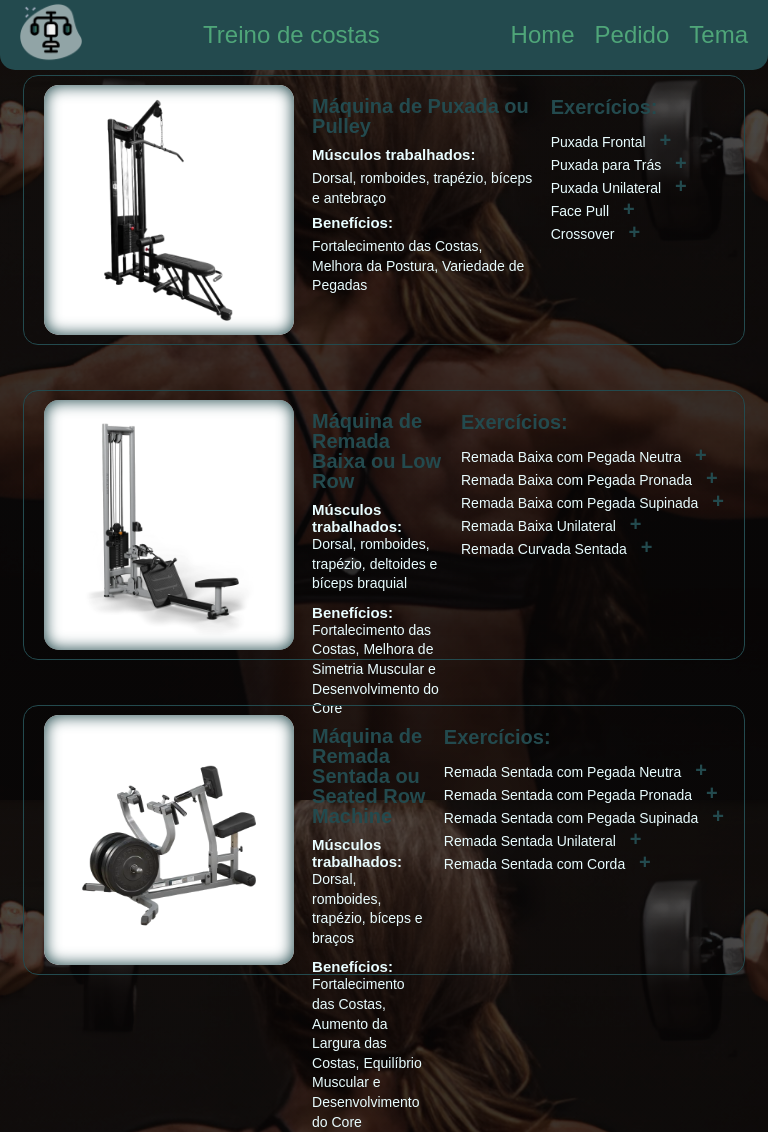
Repository: Marinalr-25/Projeto-Aparelhos-de-Academia
Page: costas.html
An editor plug-in stored every save of this project. The page is shown before and after the next save, followed by the edit.
The browser window is 768 px wide. The pictures show the whole page.
Backgrounds fixed to the window are drawn as part of the page.

Above is the page before, as saved 2025-01-06 17:43:06.
Console error: TypeError: Cannot read properties of null (reading 'addEventListener')

### costas.html
<!DOCTYPE html>
<html lang="pt">
  <head>
    <meta charset="UTF-8" />
    <meta name="viewport" content="width=device-width, initial-scale=1.0" />
    <link rel="stylesheet" href="css/style.css" />
    <link rel="stylesheet" href="css/temas.css" />
    <link
      rel="stylesheet"
      href="css/media-990.css"
      media="(max-width: 990px)"
    />
    <link
      rel="stylesheet"
      href="css/media-767.css"
      media="(max-width: 767px)"
    />

    <link
      rel="stylesheet"
      href="css/media-660.css"
      media="(max-width: 660px)"
    />
    <link
      rel="stylesheet"
      href="css/media-580.css"
      media="(max-width: 580px)"
    />

    <title>costas</title>
  </head>
  <body class="body costas">
    <header class="header sobe">
      <a href="telaPrincipal.html">
        <img class="logo" src="imagens/logoverde.png" alt="logo" />
      </a>
      <p>Treino de costas</p>
      <nav>
        <ul>
          <li class="lista-cabecalho" class="homeCostas">
            <a href="telaPrincipal.html">Home</a>
          </li>
          <li class="lista-cabecalho" id="pedido">
            <a href="pedido.html">Pedido</a>
          </li>
          <li class="lista-cabecalho" id="tema"><a href="#">Tema</a></li>
        </ul>
      </nav>
      <div class="nav-icones">
        <svg
          xmlns="http://www.w3.org/2000/svg"
          class="nav-icone--menu"
          viewBox="0 0 512 512"
        >
          <path
            fill="none"
            stroke="currentColor"
            stroke-linecap="round"
            stroke-miterlimit="10"
            stroke-width="32"
            d="M80 160h352M80 256h352M80 352h352"
          ></path>
        </svg>

        <svg
          xmlns="http://www.w3.org/2000/svg"
          class="nav-icone--fechar"
          viewBox="0 0 512 512"
        >
          <path
            fill="none"
            stroke="currentColor"
            stroke-linecap="round"
            stroke-linejoin="round"
            stroke-width="32"
            d="M368 368L144 144M368 144L144 368"
          ></path>
        </svg>
      </div>
    </header>
    <main class="mainBody move-bottom">
      <section>
        <div class="container">
          <div class="maquinas">
            <img
              class="img-maquinas"
              src="aparelhos/maquina-pulley.png"
              alt="maquina-pulley"
            />
            <div class="informacoes">
              <div>
                <h2 class="title">Máquina de Puxada ou Pulley</h2>
              </div>
              <div class="separar">
                <div class="infos">
                  <h3 class="h3">Músculos trabalhados:</h3>
                  <p class="info">
                    Dorsal, romboides, trapézio, bíceps e antebraço
                  </p>
                </div>
                <div class="infos">
                  <h3 class="h3">Benefícios:</h3>
                  <p class="info">
                    Fortalecimento das Costas, Melhora da Postura, Variedade de
                    Pegadas
                  </p>
                </div>
              </div>
            </div>
            <div class="exercicios">
              <h3 class="title">Exercícios:</h3>
              <ul>
                <li>
                  Puxada Frontal
                  <span class="mais">+</span>
                  <div class="tooltip">
                    Sente-se na máquina, segure a barra com as mãos afastadas na
                    largura dos ombros (pegada pronada ou neutra) e puxe a barra
                    em direção ao peito, mantendo os cotovelos para baixo e para
                    trás.
                  </div>
                </li>
                <li>
                  Puxada para Trás
                  <span class="mais">+</span>
                  <div class="tooltip">
                    Sente-se na máquina, segure a barra com as palmas para cima
                    e as mãos mais afastadas que a largura dos ombros e puxe a
                    barra em direção ao peito, mantendo os cotovelos para trás e
                    perto do corpo
                  </div>
                </li>
                <li>
                  Puxada Unilateral
                  <span class="mais">+</span>
                  <div class="tooltip">
                    Sente-se ou fique de pé, segurando uma alça com uma mão e
                    mantendo o tronco estável, com a outra mão livre ou
                    segurando o apoio da máquina. Puxe o cabo em direção ao
                    tronco, mantendo o cotovelo próximo ao corpo e a escápula
                    contraída.
                  </div>
                </li>
                <li>
                  Face Pull
                  <span class="mais">+</span>
                  <div class="tooltip">
                    Segure a corda com as duas mãos e puxe o cabo em direção ao
                    rosto, ativando os deltoides posteriores e o trapézio.
                  </div>
                </li>
                <li>
                  Crossover
                  <span class="mais">+</span>
                  <div class="tooltip">
                    Com as cordas ou alças ajustadas nas duas extremidades da
                    máquina, puxe as alças cruzando-as à frente do corpo, como
                    se estivesse tentando juntar as mãos em um movimento de
                    abertura de peito.
                  </div>
                </li>
              </ul>
            </div>
          </div>
          <div class="maquinas">
            <div class="img-maquinas">
              <img src="aparelhos/maquina-low-row.png" alt="maquina-pulley" />
            </div>
            <div class="informacoes">
              <div>
                <h2 class="title">Máquina de Remada Baixa ou Low Row</h2>
              </div>
              <div class="infos">
                <h3 class="h3">Músculos trabalhados:</h3>
                <p class="info">
                  Dorsal, romboides, trapézio, deltoides e bíceps braquial
                </p>
              </div>
              <div class="infos">
                <h3 class="h3">Benefícios:</h3>
                <p class="info">
                  Fortalecimento das Costas, Melhora de Simetria Muscular e
                  Desenvolvimento do Core
                </p>
              </div>
            </div>
            <div class="exercicios">
              <h3 class="title">Exercícios:</h3>
              <ul>
                <li>
                  Remada Baixa com Pegada Neutra
                  <span class="mais">+</span>
                  <div class="tooltip">
                    Esse é o exercício clássico na máquina, onde a pessoa usa um
                    pegador em formato de "V" (pegada neutra) para trabalhar
                    principalmente a espessura da parte média das costas, com
                    foco nos músculos romboides e dorsais
                  </div>
                </li>
                <li>
                  Remada Baixa com Pegada Pronada
                  <span class="mais">+</span>
                  <div class="tooltip">
                    Nessa variação, o pegador é reto e a pegada é com as palmas
                    voltadas para baixo, o que enfatiza mais o trapézio e o
                    latíssimo do dorso, além de dar um estímulo aos romboides
                  </div>
                </li>
                <li>
                  Remada Baixa com Pegada Supinada
                  <span class="mais">+</span>
                  <div class="tooltip">
                    Aqui a pegada é invertida, com as palmas das mãos voltadas
                    para cima. Essa variação ajuda a ativar mais o bíceps junto
                    com as costas, criando um movimento que trabalha tanto a
                    parte superior quanto inferior das costas
                  </div>
                </li>
                <li>
                  Remada Baixa Unilateral
                  <span class="mais">+</span>
                  <div class="tooltip">
                    Esse exercício é feito segurando o pegador com uma única mão
                    de cada vez, permitindo maior foco no lado direito ou
                    esquerdo das costas separadamente, o que ajuda na simetria e
                    força
                  </div>
                </li>
                <li>
                  Remada Curvada Sentada
                  <span class="mais">+</span>
                  <div class="tooltip">
                    Uma variação onde o tronco se inclina ligeiramente para
                    frente antes de puxar o cabo, ativando diferentes áreas dos
                    dorsais e da parte inferior das costas, além de trabalhar a
                    estabilização
                  </div>
                </li>
              </ul>
            </div>
          </div>
          <div class="maquinas">
            <img
              class="img-maquinas"
              src="aparelhos/seated-row-machine.png"
              alt="maquina-pulley"
            />
            <div class="informacoes">
              <div>
                <h2 class="title">
                  Máquina de Remada Sentada ou Seated Row Machine
                </h2>
              </div>
              <div class="infos">
                <h3 class="h3">Músculos trabalhados:</h3>
                <p class="info">Dorsal, romboides, trapézio, bíceps e braços</p>
              </div>
              <div class="infos">
                <h3 class="h3">Benefícios:</h3>
                <p class="info">
                  Fortalecimento das Costas, Aumento da Largura das Costas,
                  Equilíbrio Muscular e Desenvolvimento do Core
                </p>
              </div>
            </div>
            <div class="exercicios">
              <h3 class="title">Exercícios:</h3>
              <ul>
                <li>
                  Remada Sentada com Pegada Neutra
                  <span class="mais">+</span>
                  <div class="tooltip">
                    Segure as alças com as palmas das mãos voltadas uma para a
                    outra (pegada neutra) e puxe em direção ao tronco, mantendo
                    os cotovelos próximos ao corpo e os ombros relaxados.
                    Contraia as escápulas no final do movimento
                  </div>
                </li>
                <li>
                  Remada Sentada com Pegada Pronada
                  <span class="mais">+</span>
                  <div class="tooltip">
                    Segure a barra com as palmas das mãos voltadas para baixo
                    (pegada pronada) e puxe a barra para o corpo, mantendo os
                    cotovelos alinhados com o tronco. Evite balançar o corpo e
                    use um movimento controlado
                  </div>
                </li>
                <li>
                  Remada Sentada com Pegada Supinada
                  <span class="mais">+</span>
                  <div class="tooltip">
                    Segure a barra com as palmas das mãos voltadas para cima
                    (pegada supinada). Puxe a barra em direção ao corpo,
                    mantendo os cotovelos mais baixos e próximos ao tronco
                  </div>
                </li>
                <li>
                  Remada Sentada Unilateral
                  <span class="mais">+</span>
                  <div class="tooltip">
                    Segure a alça com uma mão e puxe o cabo em direção ao
                    tronco. Mantenha o tronco estável e evite torcer o corpo.
                    Repita o movimento para o outro lado
                  </div>
                </li>
                <li>
                  Remada Sentada com Corda
                  <span class="mais">+</span>
                  <div class="tooltip">
                    Use uma corda para segurar as alças e puxe em direção ao
                    tronco, abrindo as mãos ao final do movimento, aumentando a
                    contração nos romboides e trapézio.
                  </div>
                </li>
              </ul>
            </div>
          </div>
        </div>
      </section>
    </main>
    <section class="pop-up-temas">
      <div class="container">
        <div class="bolinha verde"></div>
        <div class="bolinha azul"></div>
        <div class="bolinha rosa"></div>
        <div class="bolinha vermelho"></div>
        <div class="bolinha roxo"></div>
        <div class="bolinha laranja"></div>
        <svg
          xmlns="http://www.w3.org/2000/svg"
          class="icone-fechar"
          viewBox="0 0 512 512"
        >
          <path
            fill="none"
            stroke="currentColor"
            stroke-linecap="round"
            stroke-linejoin="round"
            stroke-width="32"
            d="M368 368L144 144M368 144L144 368"
          ></path>
        </svg>
      </div>
    </section>
    <script src="js/script.js"></script>
    <script src="js/costas.js"></script>
    <script src="js/temas.js"></script>
  </body>
</html>

### css/temas.css
:root {
  --cor-fundo: #234a4e;
  --cor-texto: #4fa679;
  --verde-primario: #234a4e;
  --verde-secundario: #4fa679;
  --azul-primario: #0d6bb2;
  --azul-secundario: #83e3ff;
  --rosa-primario: #ae2478;
  --rosa-secundario: #eed3e4;
  --vermelho-primario: #a50000;
  --vermelho-secundario: #e4b2b2;
  --roxo-primario: #4c4c99;
  --roxo-secundario: #c9c9e0;
  --laranja-primario: #ff6c37;
  --laranja-secundario: #ffd2c3;
}

.pop-up-temas {
  display: none;
  transition: opacity 0.3s ease, transform 0.3s ease;
  &.aberto {
    display: flex;
    position: fixed;
    top: 50%;
    left: 50%;
    transform: translate(-50%, -50%);
    opacity: 1;
    height: 18rem;
    background-color: rgba(0, 0, 0, 0.95);
    border-radius: 1.5rem;

    & .container {
      display: flex;
      justify-content: center;
      align-items: center;
      gap: 1rem;
      flex-direction: row;
      padding: 2rem;
      max-width: 65rem;
      position: relative;

      & .bolinha {
        width: 4rem;
        height: 4rem;
        margin: 0.5rem;
        border-radius: 50%;

        &.verde {
          background: linear-gradient(
            to right,
            var(--verde-primario) 50%,
            var(--verde-secundario) 50%
          );
        }
        &.azul {
          background: linear-gradient(
            to right,
            var(--azul-primario) 50%,
            var(--azul-secundario) 50%
          );
        }

        &.rosa {
          background: linear-gradient(
            to right,
            var(--rosa-primario) 50%,
            var(--rosa-secundario) 50%
          );
        }
        &.vermelho {
          background: linear-gradient(
            to right,
            var(--vermelho-primario) 50%,
            var(--vermelho-secundario) 50%
          );
        }
        &.roxo {
          background: linear-gradient(
            to right,
            var(--roxo-primario) 50%,
            var(--roxo-secundario) 50%
          );
        }
        &.laranja {
          background: linear-gradient(
            to right,
            var(--laranja-primario) 50%,
            var(--laranja-secundario) 50%
          );
        }
      }
      & .icone-fechar {
        display: block;
        position: absolute;
        top: 0;
        right: 0;
        color: var(--cor-texto);
        z-index: 10001;
        width: 5rem;
        height: 5rem;
      }
    }
  }
}

### css/media-990.css
@media all and (max-width: 61.87em) {
  .body.costas {
    background-size: cover;
    & .mainBody {
      margin-top: 5rem;
      & .container {
        & .maquinas {
          width: 94vw;
          height: 27rem;
          gap: 1.8rem;

          & .img-maquinas {
            align-self: center;
            & img {
              max-width: 25rem;
              max-height: 25rem;
            }
          }
        }

        & .informacoes {
          max-width: 100%;
          gap: 1rem;
          padding: 0;
          & .title {
            font-size: 2rem;
            line-height: 1;
          }

          & .separar {
            gap: 0.6rem;
          }

          & .infos {
            & .h3 {
              font-size: 1.5rem;
            }
            & .info {
              font-size: 1.4rem;
            }
          }
        }

        & .exercicios {
          max-width: 100%;
          gap: 1rem;

          & .title {
            font-size: 2rem;
          }

          & ul li {
            font-size: 1.4rem;
            padding-bottom: 0rem;
          }
        }
      }
    }
  }
}

### css/media-767.css
@media all and (max-width: 48em) {
  html {
    font-size: 56.25%;
  }

  .header {
    font-size: 2rem;
  }

  .tela-inicial {
    & .box-inicial {
      & .segunda-tela {
        & .aparelhos {
          width: 15rem;
          &.esquerda {
            top: 15px;
          }
        }
      }
    }
  }

  .body {
    .header {
      & .logo {
        width: 10.7vw;
        height: 10.7vw;
        min-height: 9rem;
        min-width: 9rem;
      }

      nav {
        display: none;
        opacity: 0;
        transform: translateX(100%);
        transition: opacity 0.3s ease;

        &.aberto {
          display: flex;
          opacity: 0.9;
          transform: translateX(0);
        }
      }
      & .nav-icones {
        display: block;
        max-width: 30%;
        width: 5rem;
        height: 5rem;
        margin-right: 2rem;
        margin-left: 2rem;
        color: var(--cor-texto);
        z-index: 10001;
      }
    }
    & .nav-icone--fechar {
      display: none;
    }
    &.aberto {
      opacity: 0.9;
      & nav {
        display: flex;
        flex-direction: column;
        justify-content: center;
        transform: translateX(100%);
        transition: opacity 0.3s ease, transform 0.3s ease;
        align-items: center;
        box-shadow: inset 0 0 0 3px var(--cor-texto);
        background-color: var(--cor-fundo);
        border-top-left-radius: 50px;
        border-bottom-left-radius: 50px;
        opacity: 0.9;
        position: fixed;
        top: 0;
        width: 20%;
        height: 700px;
        right: 0;
        z-index: 1000;
        overflow: hidden;

        & ul {
          flex-direction: column;
          align-items: center;
          & li {
            &:hover {
              text-decoration: underline;
            }
          }
        }
      }
      & .nav-icone--menu {
        display: block;
      }
      & .nav-icone--fechar {
        display: none;
      }
    }

    & .tela-principal {
      & .container {
        & .box {
          &.braco {
            background-image: url(/imagens/braço.png);
          }

          &.perna {
            background-image: url(/imagens/perna.png);
          }

          &.ombro {
            background-image: url(/imagens/ombro.png);
          }

          &.costas {
            background-image: url(/imagens/costasHDrecortada.png);
          }

          &.peito {
            background-image: url(/imagens/peito.png);
          }
          &.abdomen {
            background-image: url(/imagens/abdomen.png);
          }
        }
      }
    }
    &.costas {
      & .mainBody {
        margin-top: 5rem;
        & .container {
          flex-direction: row;
          justify-content: center;
          flex-wrap: wrap;
          padding-top: 3.5rem;
          & .maquinas {
            flex-direction: column;
            width: 40rem;
            height: auto;
            & .img-maquinas {
              display: block;
              margin: 0 auto;
            }

            & .informacoes {
              & .title {
                font-size: 2rem;
                line-height: 1;
              }
              & .infos {
                & .h3 {
                  font-size: 1.8rem;
                }
                & .info {
                  font-size: 1.6rem;
                }
              }
            }

            & .exercicios {
              width: 100%;
              gap: 0.5rem;

              & ul li {
                font-size: 1.6rem;
                padding-bottom: 0;
              }
            }
          }
        }
      }
    }
  }
}

### css/media-660.css
@media all and (max-width: 41.25em) {
  .tela-inicial {
    & .box-inicial {
      & .primeira-tela {
        justify-content: center;
      }
      & .segunda-tela {
        gap: 1.5rem;
      }
      & .pontos {
        & div {
          width: 0.9rem;
          height: 0.9rem;
        }
        & .primeiro-ponto {
          transform: translate(-25px, 7px);
        }
        & .segundo-ponto {
          transform: translate(0, 0);
        }
        & .terceiro-ponto {
          transform: translate(25px, -7px);
        }
      }
    }

    .topo {
      & .h2-muitoBem {
        text-align: center;
        & #nome-saudacao {
          display: block;
        }
      }
    }
  }

  .body.costas {
    background-size: cover;
  }
}

### css/media-580.css
@media all and (max-width: 36.25em) {
  .tela-inicial {
    & .box-inicial {
      height: 60rem;
      & .pontos {
        & div {
          width: 0.9rem;
        }
        & .primeiro-ponto {
          transform: translate(-25px, -3px);
        }
        & .segundo-ponto {
          transform: translate(0, -10px);
        }
        & .terceiro-ponto {
          transform: translate(25px, -17px);
        }
      }
    }
  }
}

Loaded but not shown: js/temas.js (93 lines, source omitted); js/script.js (83 lines, source omitted); js/costas.js (18 lines, source omitted); css/style.css (565 lines, source omitted)

After the next save:
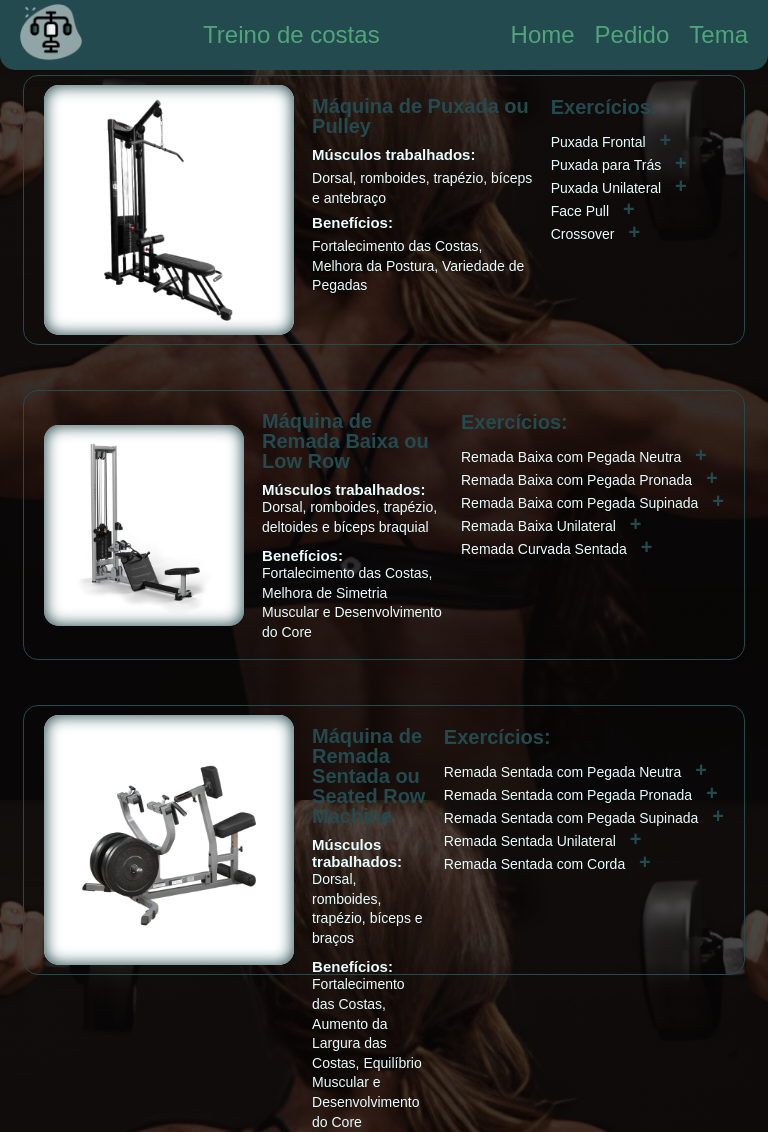
Saved 20 s later.
--- a/css/media-990.css
+++ b/css/media-990.css
@@ -12,8 +12,8 @@
           & .img-maquinas {
             align-self: center;
             & img {
-              max-width: 25rem;
-              max-height: 25rem;
+              max-width: 20rem;
+              max-height: 20rem;
             }
           }
         }
